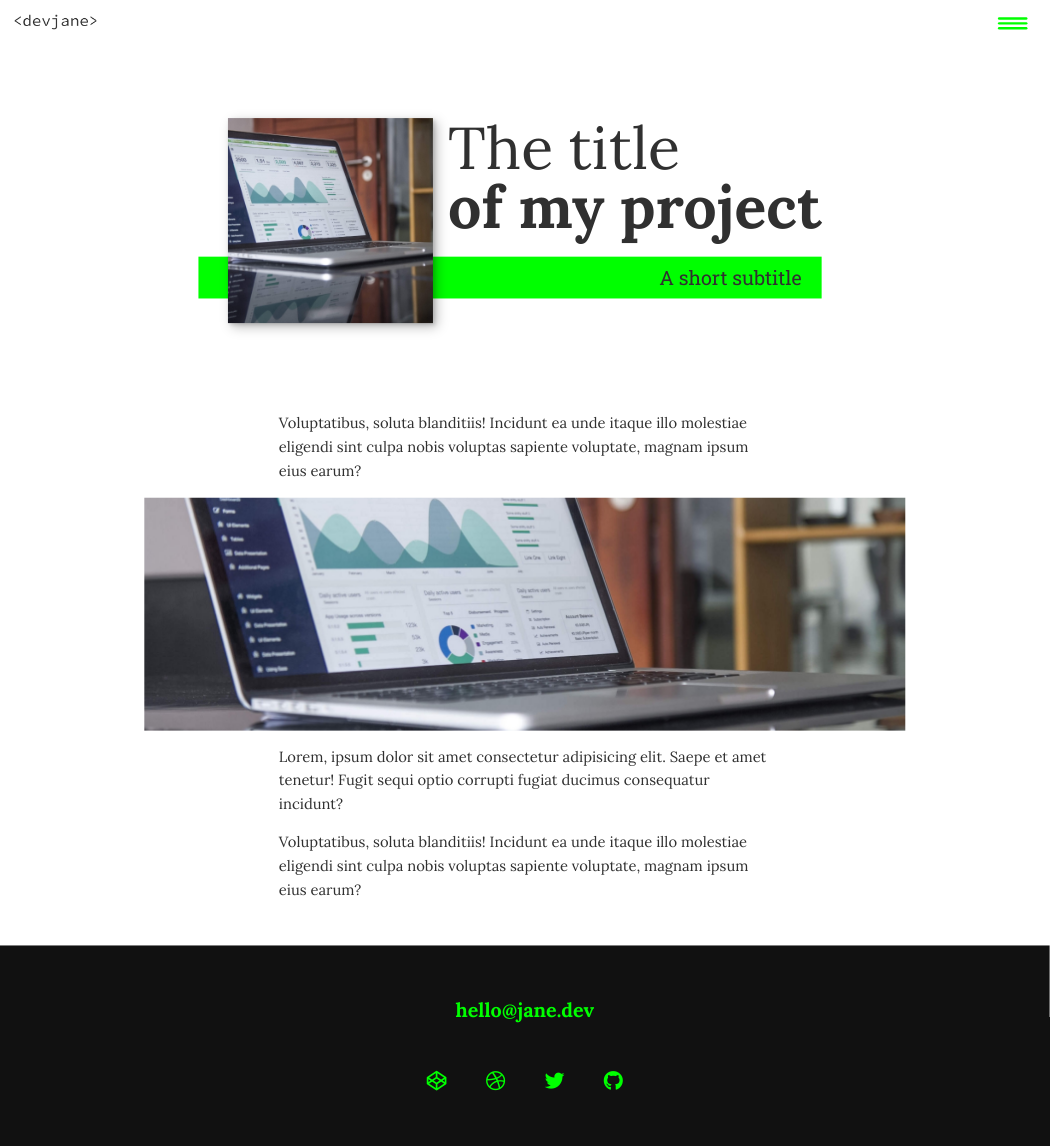
Repository: DinoDime/site
Page: portfolio-item.html
These files come from the project's save history. The page is drawn as it stood at one moment and after the next save; the edit follows.
The browser window is 1280 px wide. The pictures show the whole page, at 82% of full size.
Some web libraries are served in a nearby version.

Above is the page before, as saved 2021-04-29 08:02:51.

### portfolio-item.html
<!DOCTYPE html>
<html lang="en">
  <head>
    <link
      rel="stylesheet"
      href="https://cdnjs.cloudflare.com/ajax/libs/normalize/8.0.1/normalize.css"
    />
    <meta charset="UTF-8" />
    <meta name="viewport" content="width=device-width, initial-scale=1.0" />
    <title>DevJane Portfolio Website</title>
    <link
      rel="stylesheet"
      href="https://cdnjs.cloudflare.com/ajax/libs/normalize/7.0.0/normalize.min.css"
    />
    <link
      rel="stylesheet"
      href="https://cdnjs.cloudflare.com/ajax/libs/font-awesome/5.11.2/css/all.css"
      integrity="sha256-46qynGAkLSFpVbEBog43gvNhfrOj+BmwXdxFgVK/Kvc="
      crossorigin="anonymous"
    />

    <!-- Update these with your own fonts -->
    <link
      href="https://fonts.googleapis.com/css?family=Lora:400,700|Roboto+Slab:400,700&display=swap"
      rel="stylesheet"
    />

    <link rel="stylesheet" href="css/style.css" />
  </head>
  <body>
    <header>
      <div class="logo">
        <img src="img/devjane.png" alt="" />
      </div>
      <button class="nav-toggle" aria-label="toggle navigation">
        <span class="hamburger"></span>
      </button>
      <nav class="nav">
        <ul class="nav__list">
          <li class="nav__item">
            <a href="index.html" class="nav__link">Home</a>
          </li>
          <li class="nav__item">
            <a href="index.html#services" class="nav__link">My Services</a>
          </li>
          <li class="nav__item">
            <a href="index.html#about" class="nav__link">About me</a>
          </li>
          <li class="nav__item">
            <a href="index.html#work" class="nav__link">My Work</a>
          </li>
        </ul>
      </nav>
    </header>

    <section class="intro">
      <h1 class="section__title section__title--intro">
        The title <strong>of my project</strong>
      </h1>
      <p class="section__subtitle section__subtitle--intro">A short subtitle</p>
      <img src="img/portfolio-01.jpg" alt="" class="intro__img" />
    </section>

    <div class="portfolio-item-individual">
      <p>
        Voluptatibus, soluta blanditiis! Incidunt ea unde itaque illo molestiae
        eligendi sint culpa nobis voluptas sapiente voluptate, magnam ipsum eius
        earum?
      </p>
      <img src="img/portfolio-details.jpg" alt="" />
      <p>
        Lorem, ipsum dolor sit amet consectetur adipisicing elit. Saepe et amet
        tenetur! Fugit sequi optio corrupti fugiat ducimus consequatur incidunt?
      </p>
      <p>
        Voluptatibus, soluta blanditiis! Incidunt ea unde itaque illo molestiae
        eligendi sint culpa nobis voluptas sapiente voluptate, magnam ipsum eius
        earum?
      </p>
    </div>

    <!-- Footer -->
    <footer class="footer">
      <!-- replace with your own email address -->
      <a href="mailto:hello@jane.dev" class="footer__link">hello@jane.dev</a>
      <ul class="social-list">
        <li class="social-list__item">
          <a class="social-list__link" href="https://codepen.io">
            <i class="fab fa-codepen"></i>
          </a>
        </li>
        <li class="social-list__item">
          <a class="social-list__link" href="http://dribbble.com">
            <i class="fab fa-dribbble"></i>
          </a>
        </li>
        <li class="social-list__item">
          <a class="social-list__link" href="https://twitter.com">
            <i class="fab fa-twitter"></i>
          </a>
        </li>
        <li class="social-list__item">
          <a class="social-list__link" href="https://github.com">
            <i class="fab fa-github"></i>
          </a>
        </li>
      </ul>
    </footer>

    <script src="js/index.js"></script>
  </body>
</html>

### css/style.css
*,
*::before,
*::after {
  box-sizing: border-box;
}

/* Custom Properties, update these for your own design */

:root {
  --ff-primary: "Lora", serif;
  --ff-secondary: "Roboto Slab", serif;

  --fw-reg: 400;
  --fw-bold: 700;

  --clr-light: #fff;
  --clr-dark: #303030;
  --clr-accent: lime;

  --fs-h1: 3rem;
  --fs-h2: 2.25rem;
  --fs-h3: 1.25rem;
  --fs-body: 1rem;

  --bs: 0.25em 0.25em 0.75em rgba(0, 0, 0, 0.25),
    0.125em 0.125em 0.25em rgba(0, 0, 0, 0.15);
}

@media (min-width: 800px) {
  :root {
    --fs-h1: 4.5rem;
    --fs-h2: 3.75rem;
    --fs-h3: 1.5rem;
    --fs-body: 1.125rem;
  }
}

/* General styles */

/* endable this to add smooth scrolling */
/* html {
    scroll-behavior: smooth;
} */

body {
  background: var(--clr-light);
  color: var(--clr-dark);
  margin: 0;
  font-family: var(--ff-primary);
  font-size: var(--fs-body);
  line-height: 1.6;
}

section {
  padding: 5em 2em;
}

img {
  display: block;
  max-width: 100%;
}

strong {
  font-weight: var(--fw-bold);
}

:focus {
  outline: 3px solid var(--clr-accent);
  outline-offset: 3px;
}

/* Buttons */

.btn {
  display: inline-block;
  padding: 0.5em 2.5em;
  background: var(--clr-accent);
  color: var(--clr-dark);
  text-decoration: none;
  cursor: pointer;
  font-size: 0.8rem;
  text-transform: uppercase;
  letter-spacing: 2px;
  font-weight: var(--fw-bold);
  transition: transform 200ms ease-in-out;
}

.btn:hover {
  transform: scale(1.1);
}

/* Typography */

h1,
h2,
h3 {
  line-height: 1;
  margin: 0;
}

h1 {
  font-size: var(--fs-h1);
}
h2 {
  font-size: var(--fs-h2);
}
h3 {
  font-size: var(--fs-h3);
}

.section__title {
  margin-bottom: 0.25em;
}

.section__title--intro {
  font-weight: var(--fw-reg);
}

.section__title--intro strong {
  display: block;
}

.section__subtitle {
  margin: 0;
  font-size: var(--fs-h3);
}

.section__subtitle--intro,
.section__subtitle--about {
  background: var(--clr-accent);
  padding: 0.25em 1em;
  font-family: var(--ff-secondary);
  margin-bottom: 1em;
}

.section__subtitle--work {
  color: var(--clr-accent);
  font-weight: var(--fw-bold);
  margin-bottom: 2em;
}

/* header */

header {
  display: flex;
  justify-content: space-between;
  padding: 1em;
}

.logo {
  max-width: 100px;
}

.nav {
  position: fixed;
  background: var(--clr-dark);
  color: var(--clr-light);
  top: 0;
  bottom: 0;
  left: 0;
  right: 0;
  z-index: 100;

  transform: translateX(100%);
  transition: transform 250ms cubic-bezier(0.5, 0, 0.5, 1);
}

.nav__list {
  list-style: none;
  display: flex;
  height: 100%;
  flex-direction: column;
  justify-content: space-evenly;
  align-items: center;
  margin: 0;
  padding: 0;
}

.nav__link {
  color: inherit;
  font-weight: var(--fw-bold);
  font-size: var(--fs-h2);
  text-decoration: none;
}

.nav__link:hover {
  color: var(--clr-accent);
}

.nav-toggle {
  padding: 0.5em;
  background: transparent;
  border: 0;
  cursor: pointer;
  position: absolute;
  right: 1em;
  top: 1em;
  z-index: 1000;
}

.nav-open .nav {
  transform: translateX(0);
}

.nav-open .nav-toggle {
  position: fixed;
}

.nav-open .hamburger {
  transform: rotate(0.625turn);
}

.nav-open .hamburger::before {
  transform: rotate(90deg) translateX(-6px);
}

.nav-open .hamburger::after {
  opacity: 0;
}

.hamburger {
  display: block;
  position: relative;
}

.hamburger,
.hamburger::before,
.hamburger::after {
  background: var(--clr-accent);
  width: 2em;
  height: 3px;
  border-radius: 1em;
  transition: transform 250ms ease-in-out;
}

.hamburger::before,
.hamburger::after {
  content: "";
  position: absolute;
  left: 0;
  right: 0;
}

.hamburger::before {
  top: 6px;
}
.hamburger::after {
  bottom: 6px;
}

/*  Intro section  */

.intro {
  position: relative;
}

.intro__img {
  box-shadow: var(--bs);
}

.section__subtitle--intro {
  display: inline-block;
}

@media (min-width: 600px) {
  .intro {
    display: grid;
    width: min-content;
    margin: 0 auto;
    grid-column-gap: 1em;
    grid-template-areas:
      "img title"
      "img subtitle";
    grid-template-columns: min-content max-content;
  }

  .intro__img {
    grid-area: img;
    min-width: 250px;
    position: relative;
    z-index: 2;
  }

  .section__subtitle--intro {
    align-self: start;
    grid-column: -1 / 1;
    grid-row: 2;
    text-align: right;
    position: relative;
    left: -1.5em;
    width: calc(100% + 1.5em);
  }
}

/*  My services section  */

.my-services {
  background-color: var(--clr-dark);
  background-image: url(../img/services-bg.jpg);
  background-size: cover;
  /* background-blend-mode: multiply; */
  color: var(--clr-light);
  text-align: center;
}

.section__title--services {
  color: var(--clr-accent);
  position: relative;
}

.section__title--services::after {
  content: "";
  display: block;
  width: 2em;
  height: 1px;
  margin: 0.5em auto 1em;
  background: var(--clr-light);
  opacity: 0.25;
}

.services {
  margin-bottom: 4em;
}

.service {
  max-width: 500px;
  margin: 0 auto;
}

@media (min-width: 800px) {
  .services {
    display: flex;
    max-width: 1000px;
    margin-left: auto;
    margin-right: auto;
  }

  .service + .service {
    margin-left: 2em;
  }
}

.about-me {
  max-width: 1000px;
  margin: 0 auto;
}

.about-me__img {
  box-shadow: var(--bs);
}

@media (min-width: 600px) {
  .about-me {
    display: grid;
    grid-template-columns: 1fr 200px;
    grid-template-areas:
      "title img"
      "subtitle img"
      "text img";
    grid-column-gap: 2em;
  }

  .section__title--about {
    grid-area: title;
  }

  .section__subtitle--about {
    grid-column: 1 / -1;
    grid-row: 2;
    position: relative;
    left: -1em;
    width: calc(100% + 2em);
    padding-left: 1em;
    padding-right: calc(200px + 4em);
  }

  .about-me__img {
    grid-area: img;
    position: relative;
    z-index: 2;
  }
}

/* My Work */

.my-work {
  background-color: var(--clr-dark);
  color: var(--clr-light);
  text-align: center;
}

.portfolio {
  display: grid;
  grid-template-columns: repeat(auto-fit, minmax(300px, 1fr));
}

.portfolio__item {
  background: var(--clr-accent);
  overflow: hidden;
}

.portfolio__img {
  transition: transform 750ms cubic-bezier(0.5, 0, 0.5, 1), opacity 250ms linear;
}

.portfolio__item:focus {
  position: relative;
  z-index: 2;
}

.portfolio__img:hover,
.portfolio__item:focus .portfolio__img {
  transform: scale(1.2);
  opacity: 0.5;
}

/* footer */

.footer {
  background: #111;
  color: var(--clr-accent);
  text-align: center;
  padding: 2.5em 0;
  font-size: var(--fs-h3);
}

.footer a {
  color: inherit;
  text-decoration: none;
}

.footer__link {
  font-weight: var(--fw-bold);
}

.footer__link:hover,
.social-list__link:hover {
  opacity: 0.7;
}

.footer__link:hover {
  text-decoration: underline;
}

.social-list {
  list-style: none;
  display: flex;
  justify-content: center;
  margin: 2em 0 0;
  padding: 0;
}

.social-list__item {
  margin: 0 0.5em;
}

.social-list__link {
  padding: 0.5em;
}

/* Individual portfolio item styles */

.portfolio-item-individual {
  padding: 0 2em 2em;
  max-width: 1000px;
  margin: 0 auto;
}

.portfolio-item-individual p {
  max-width: 600px;
  margin-left: auto;
  margin-right: auto;
}

Loaded but not shown: js/index.js (no copy from this time; the picture is the same without it)

After the next save:
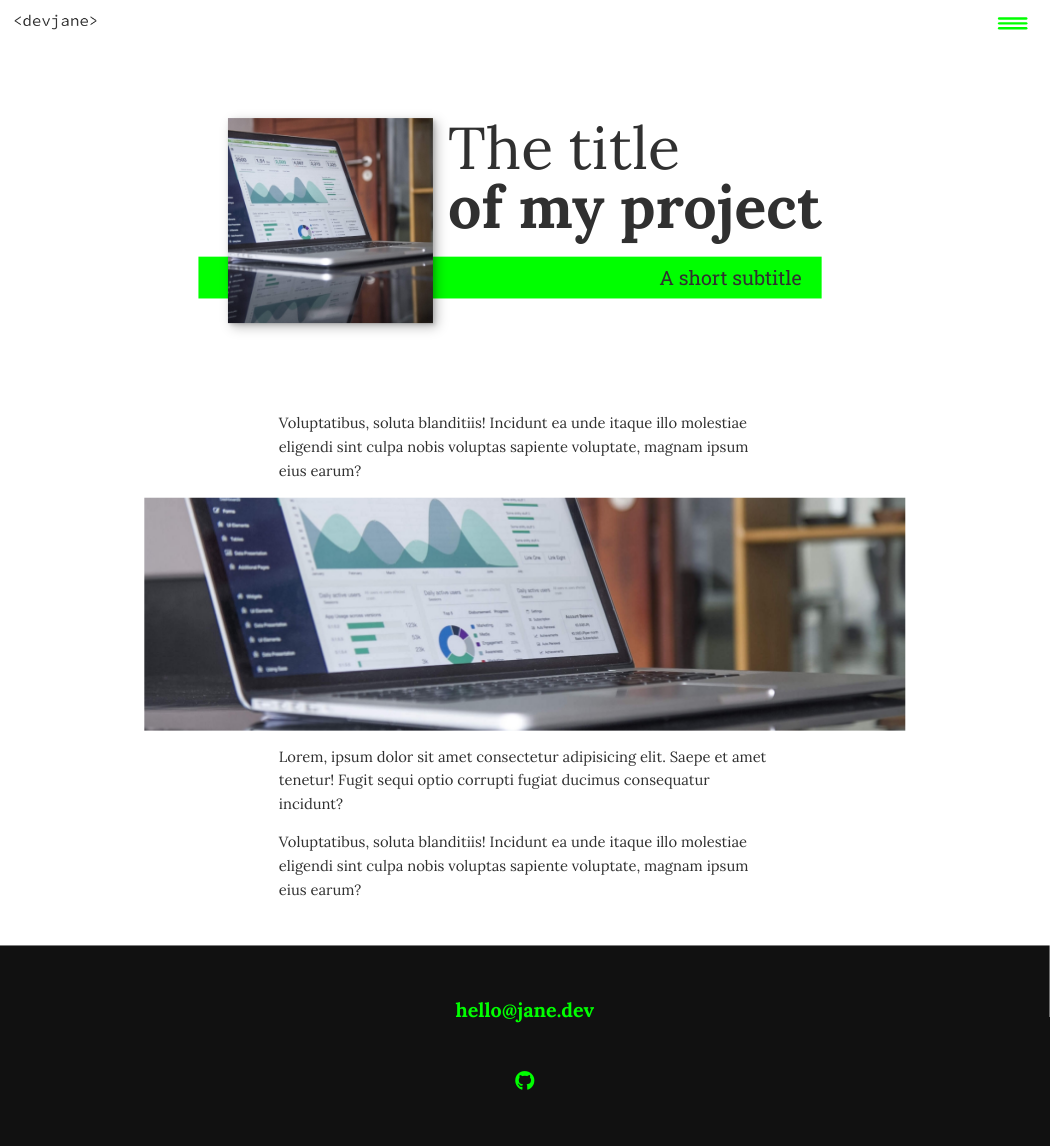
Saved 10 min 15 s later.
--- a/portfolio-item.html
+++ b/portfolio-item.html
@@ -85,21 +85,6 @@
       <a href="mailto:hello@jane.dev" class="footer__link">hello@jane.dev</a>
       <ul class="social-list">
         <li class="social-list__item">
-          <a class="social-list__link" href="https://codepen.io">
-            <i class="fab fa-codepen"></i>
-          </a>
-        </li>
-        <li class="social-list__item">
-          <a class="social-list__link" href="http://dribbble.com">
-            <i class="fab fa-dribbble"></i>
-          </a>
-        </li>
-        <li class="social-list__item">
-          <a class="social-list__link" href="https://twitter.com">
-            <i class="fab fa-twitter"></i>
-          </a>
-        </li>
-        <li class="social-list__item">
           <a class="social-list__link" href="https://github.com">
             <i class="fab fa-github"></i>
           </a>
